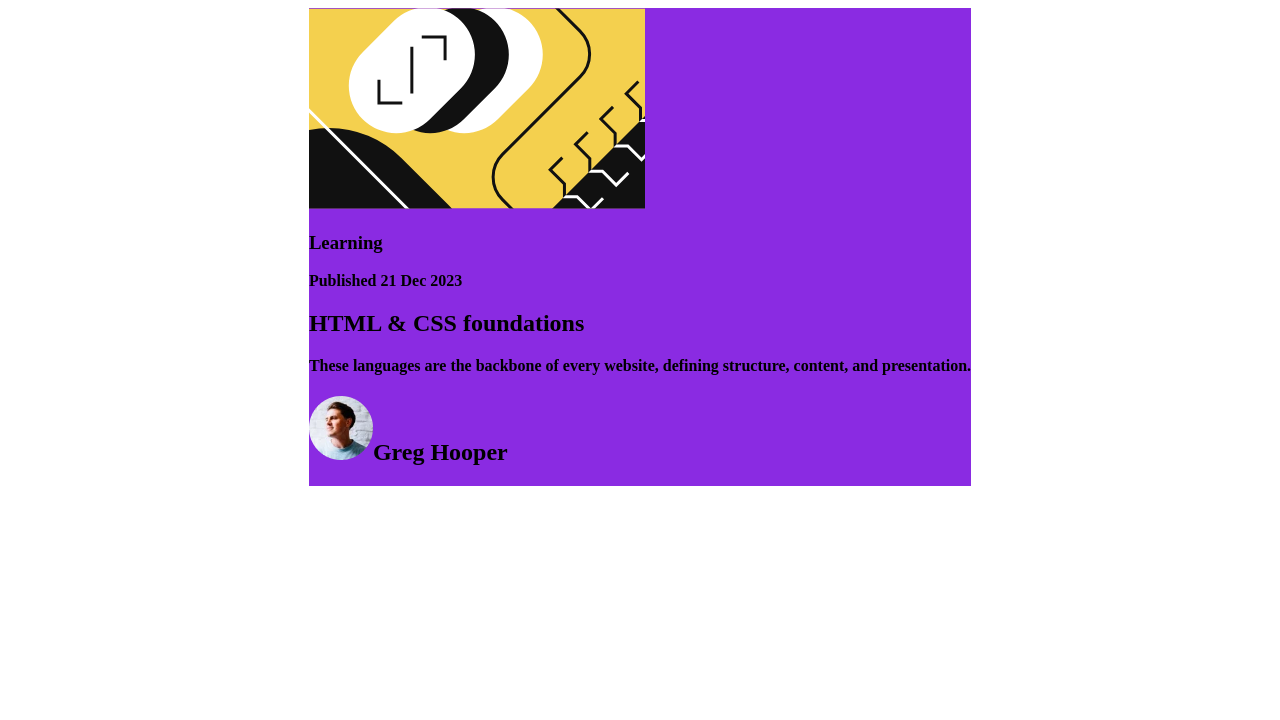
Repository: reemoon-ctrl/blog-preview-card
Page: index.html
The author's editor kept a copy of each file at every save. The page is drawn from the files as they stood at one save, then again after a run of saves.
The browser window is 1280 px wide. The pictures show the whole page.

Above is the page before, as saved 2024-07-19 13:43:57.

### index.html
<!DOCTYPE html>
<html>
    <head>
        <title>Frontend Mentor | Blog preview card</title>
        <link rel="stylesheet" href="index.css" />


    </head>
    <body>
        <article class="blog-card-article">
            <div class="blog-card">
                <img class="blog-img"src="img\illustration-article.svg" alt="illustration-article" />
                <h3 class="blog-category">Learning</h3>
                <b class="blog-date">Published 21 Dec 2023</b>
                <h1 class="blog-title">HTML & CSS foundations</h1>
                <b class="blog-discrip">These languages are the backbone of every website, defining structure, content, and presentation.</b>
                <h2 class="blog-author"><img  src="img\image-avatar.webp" alt="Greg Hooper avatar"/>Greg Hooper</h2>
            </div>
        </article>

    </body>
</html>

### index.css
.blog-card-article{
    display: flex;
    align-items:;
    justify-content: center;


}

.blog-card{
    background-color: blueviolet;

}

.blog-img{


}

.blog-category{


}

.blog-date{

}

.blog-title{

}
.blog-discrip{

}

.blog-author{

}

After the next 3 saves:
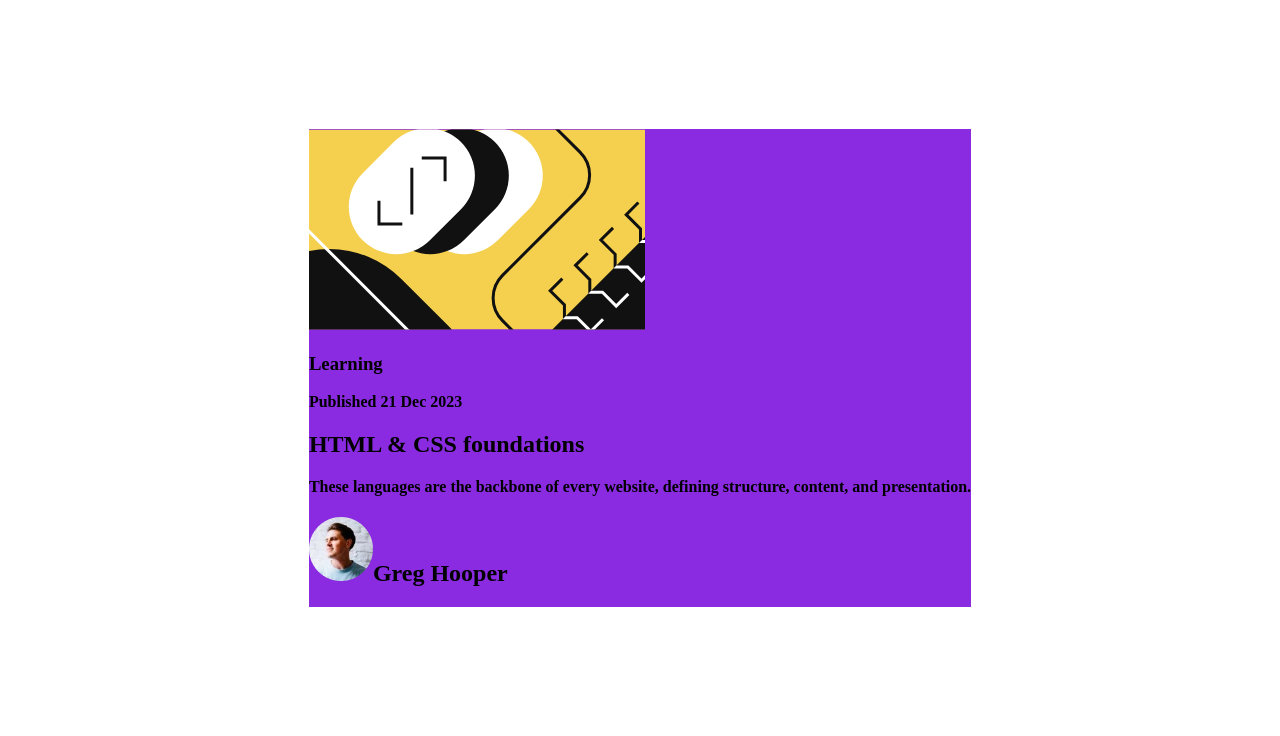
The 3 saves are shown as one change because they came seconds apart.
The last was saved 12 s later.
--- a/index.css
+++ b/index.css
@@ -1,6 +1,7 @@
 .blog-card-article{
+    min-height: 100vh;
     display: flex;
-    align-items:;
+    align-items:center;
     justify-content: center;
 
 
